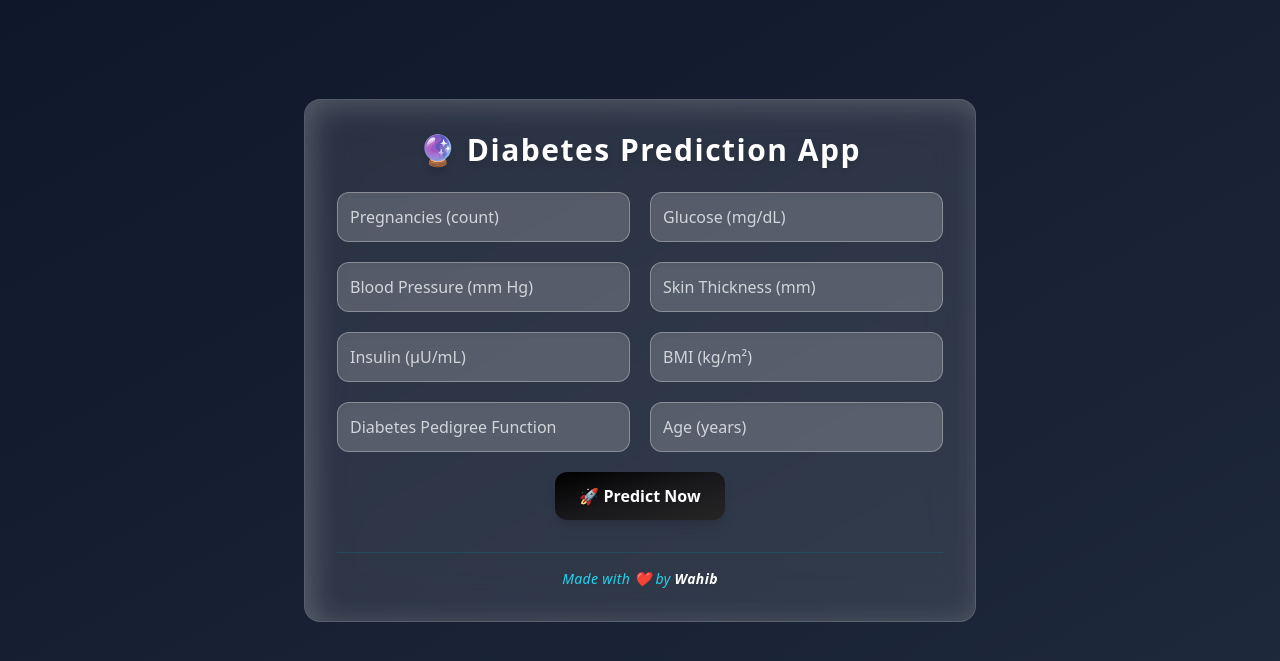
Repository: wahibkhannn/pima-diabetes-app
Page: / (app in frontend/)
The author's editor kept a copy of each file at every save. The page is drawn from the files as they stood at one save, then again after the next save.
The browser window is 1280 px wide. The pictures show the whole page.
The project was rebuilt for these pictures with package versions that can differ from the ones it lists, and the page was loaded fresh each time.

Above is the page before, as saved 2025-06-30 20:55:35.

After the next save:
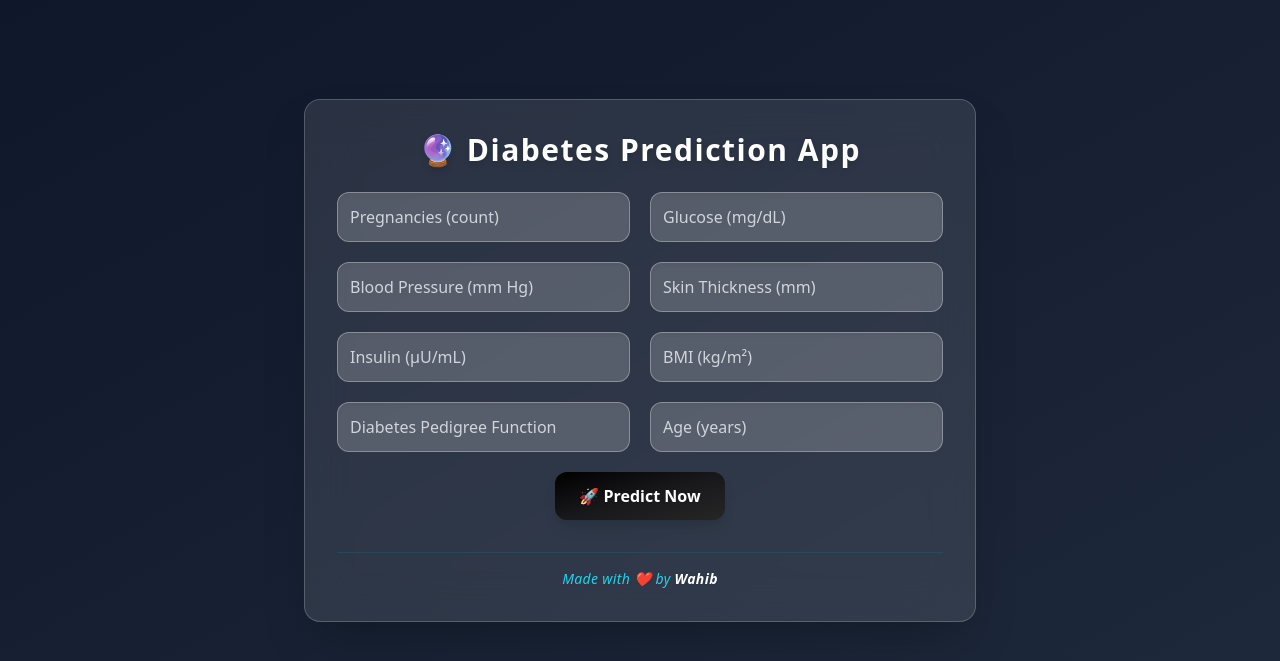
Saved 12 s later.
--- a/frontend/src/DiabetesPredictor.js
+++ b/frontend/src/DiabetesPredictor.js
@@ -43,7 +43,7 @@ const DiabetesPredictor = () => {
 
   return (
     <div className="min-h-screen flex items-center justify-center bg-gradient-to-br from-[#0f172a] to-[#1e293b] text-white font-sans">
-      <div className="bg-white/10 backdrop-blur-xl border border-white/20 shadow-2xl rounded-2xl p-8 w-full max-w-2xl" style={{ boxShadow: 'inset 7px 5px 30px rgba(255, 255, 255, 0.2)' }}>
+      <div className="bg-white/10 backdrop-blur-xl border border-white/20 shadow-2xl rounded-2xl p-8 w-full max-w-2xl" style={{ boxShadow: 'inset 7px 5px 30px 20pxrgba(255, 255, 255, 0.2)' }}>
         <h2 className="text-3xl font-bold text-center text-white mb-6 drop-shadow-md tracking-wider hover:text-gray-300 transition-all duration-200
 ">
           🔮 Diabetes Prediction App
